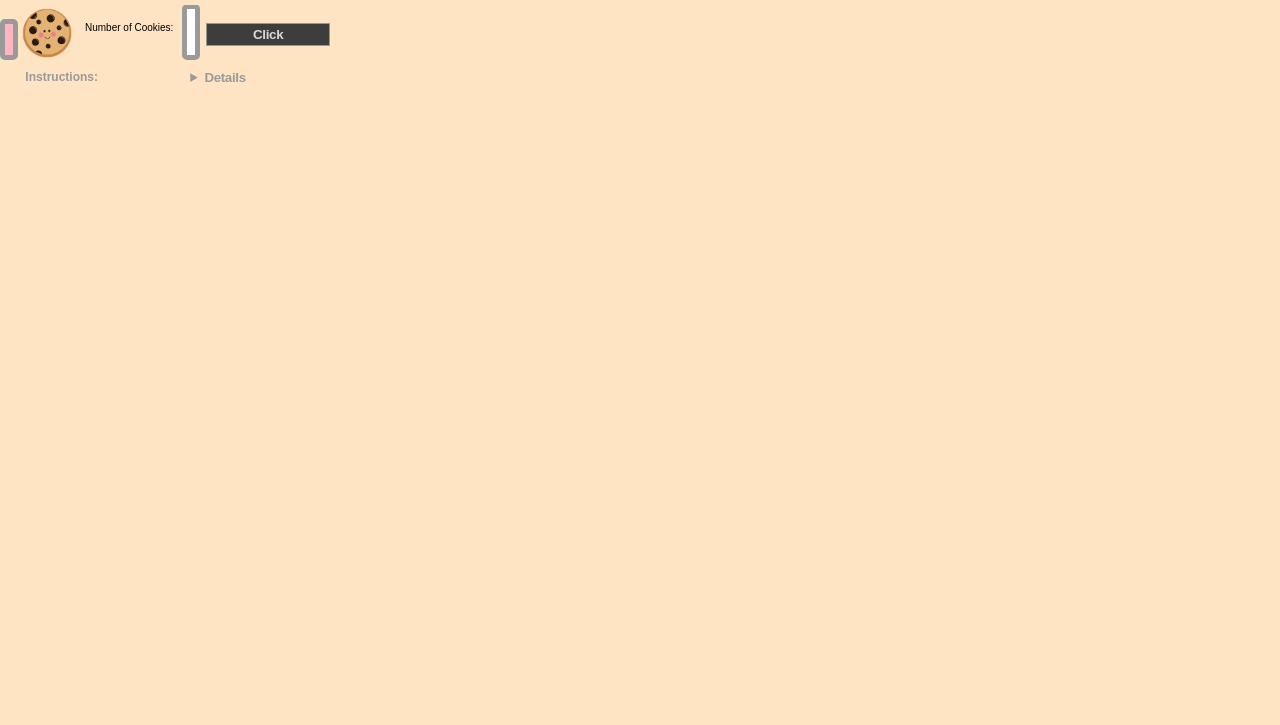
Repository: f00d4tehg0dz/elgato-streamdeck-cookie-clicker
Page: com.f00d4tehg0dz.cookieclicker.sdPlugin/cookieclicker.html
These files come from the project's save history. The page is drawn as it stood at one moment and after a run of saves; the edit follows.
The browser window is 1280 px wide. The pictures show the whole page.

Above is the page before, as saved 2022-01-28 12:05:19.

After the next 2 saves:
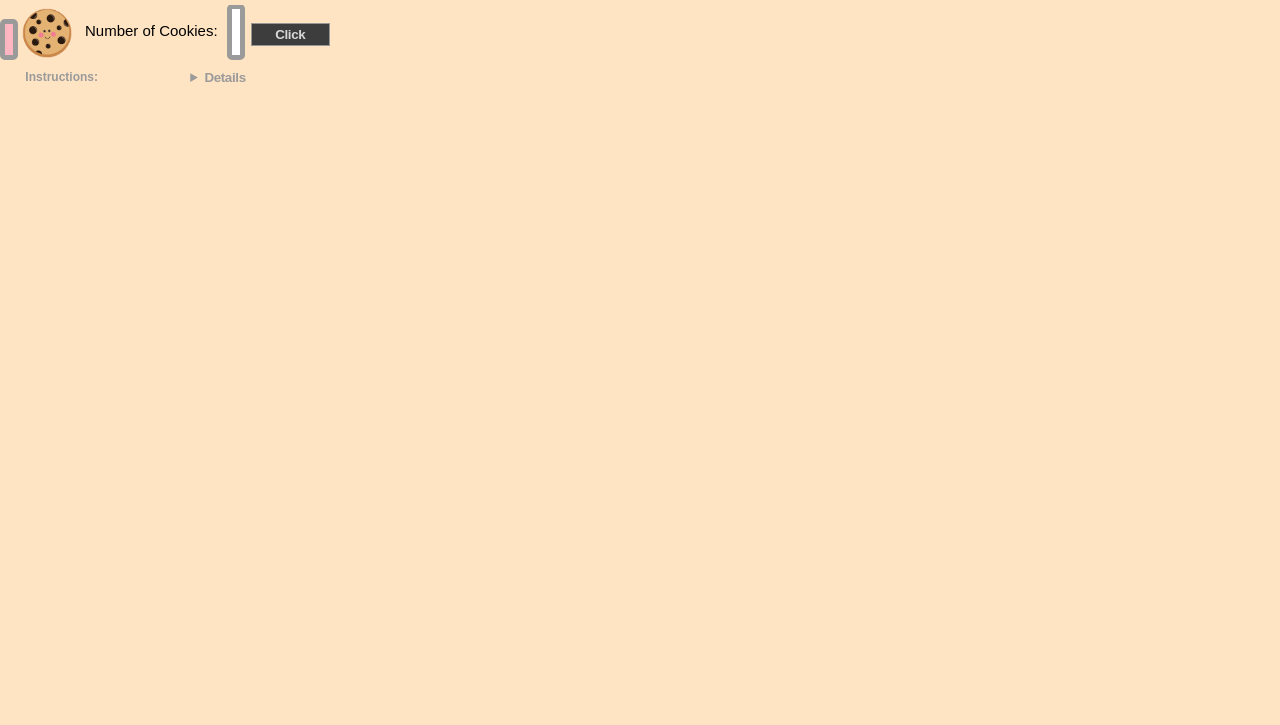
The 2 saves are shown as one change because they came seconds apart.
The last was saved 20 s later.
--- a/com.f00d4tehg0dz.cookieclicker.sdPlugin/css/styles.css
+++ b/com.f00d4tehg0dz.cookieclicker.sdPlugin/css/styles.css
@@ -7,7 +7,7 @@ body {
 }
 
 p {
-  font-size: 10px;
+  font-size: 15px;
   color: black;
   display: block;
   margin: 5px;
@@ -30,7 +30,7 @@ p {
   text-align:center;
   padding-top: 5px;
   margin-bottom: 5px;
-  font-size: 15px;
+  font-size: 10px;
   border:5px solid;
   border-radius:5px;
   background-color:lightpink;
